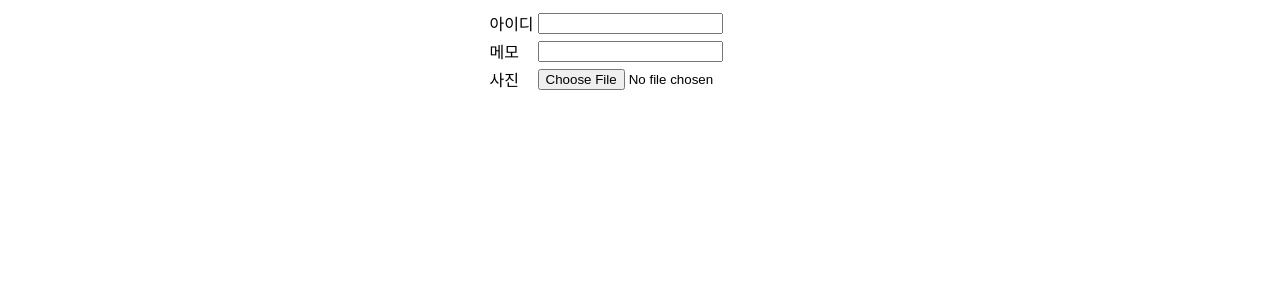
Repository: HimNahyeon/devClassBackup
Page: jsp/WebShop2/WebContent/product/photoAdd.html
An editor plug-in stored every save of this project. The page is shown before and after the next save, followed by the edit.
The browser window is 1280 px wide. The pictures show the whole page.

Above is the page before, as saved 2021-11-04 06:21:42.

After the next save:
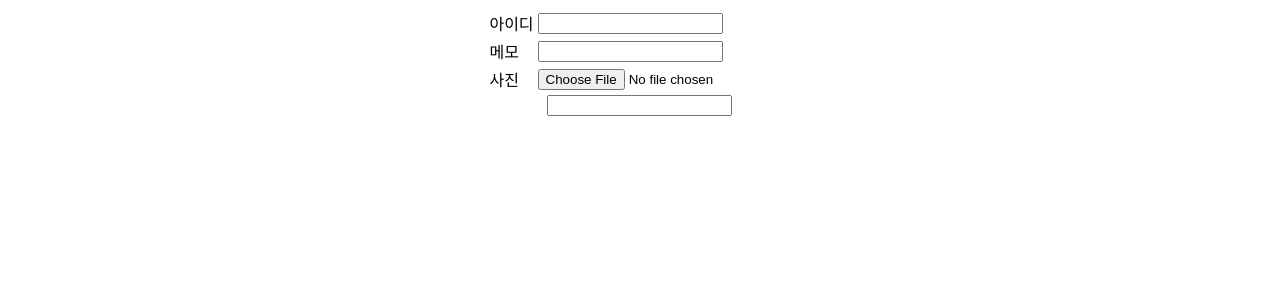
Saved 11 s later.
--- a/jsp/WebShop2/WebContent/product/photoAdd.html
+++ b/jsp/WebShop2/WebContent/product/photoAdd.html
@@ -20,7 +20,7 @@
 				 	<td><input type="file" name="photo"></td>
 				 </tr>
 				 <tr>
-				 	<td colspan= 2 align= center></td>
+				 	<td colspan= 2 align= center><input></td>
 				 </tr>
 		 </table>
 	</form>
